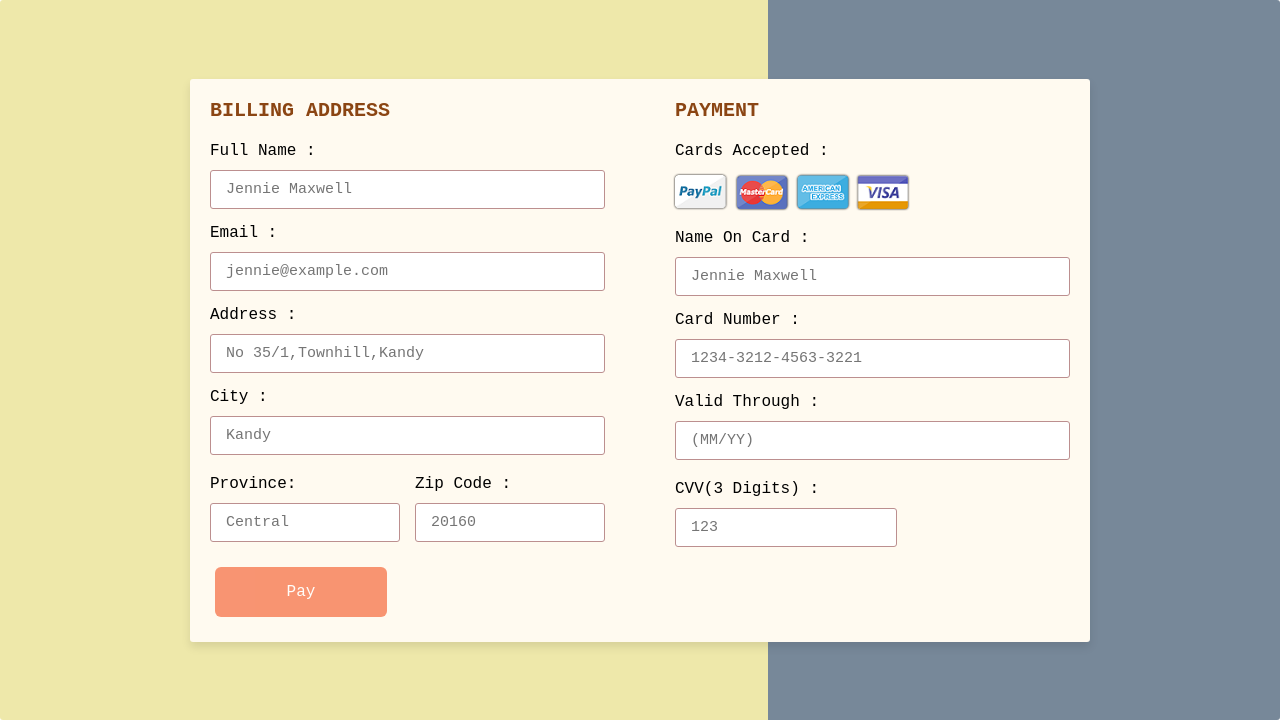
Repository: it22272690/Event-Planning-System
Page: http://localhost/PaymentDemo/Payment.jsp
These files come from the project's save history. The page is drawn as it stood at one moment and after the next save; the edit follows.
The browser window is 1280 px wide. The pictures show the whole page.
The page is served by Tomcat 10.

Above is the page before, as saved 2023-10-22 09:53:10.

After the next save:
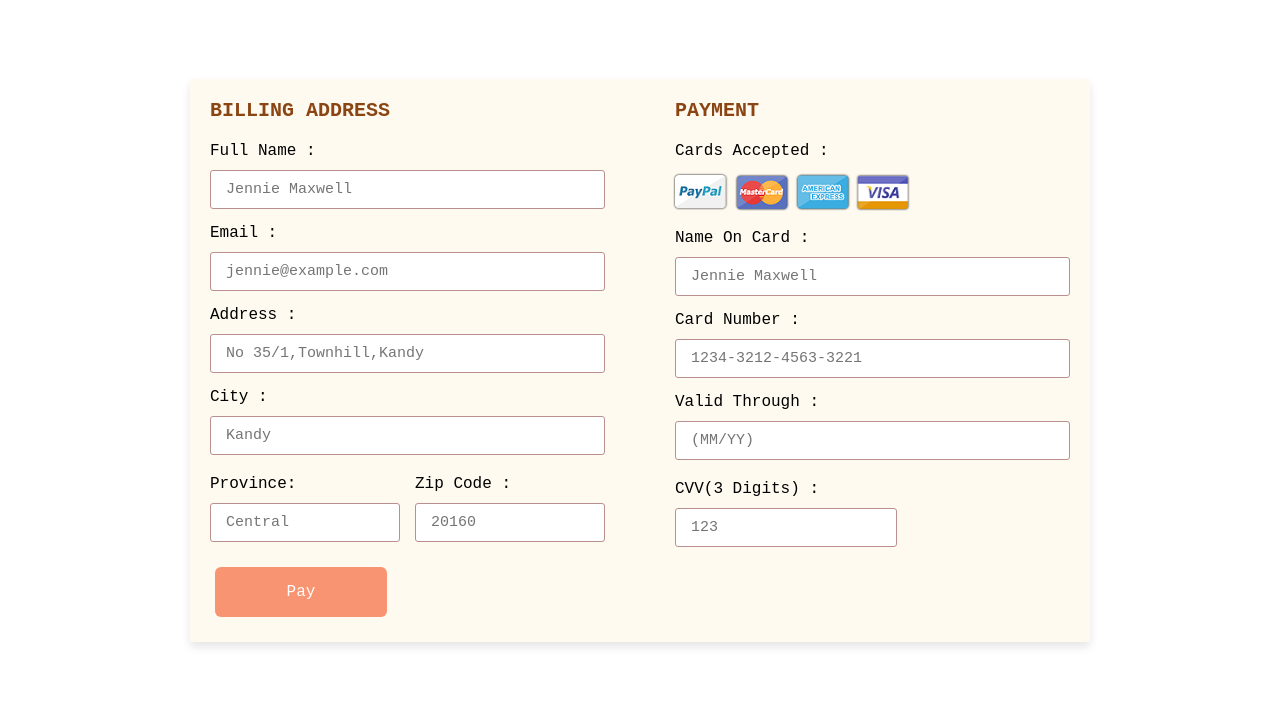
Saved 72 s later.
--- a/PaymentDemo/src/main/webapp/css/payment.css
+++ b/PaymentDemo/src/main/webapp/css/payment.css
@@ -18,7 +18,7 @@
   align-items: center;
   padding:25px;
   min-height: 100vh;
-  background: linear-gradient(90deg, #EEE8AA 60%,#778899 40.1%);
+
 
 }
 

After the save that followed:
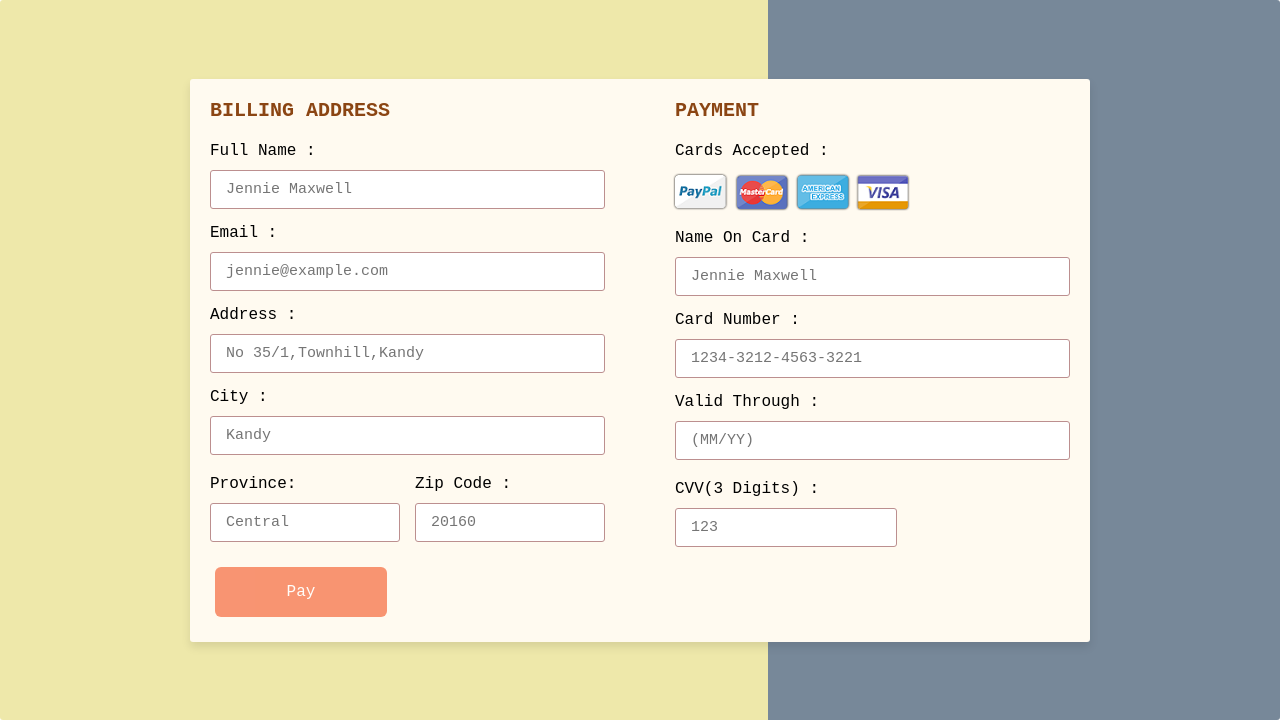
Saved 15 s later.
--- a/PaymentDemo/src/main/webapp/css/payment.css
+++ b/PaymentDemo/src/main/webapp/css/payment.css
@@ -18,7 +18,7 @@
   align-items: center;
   padding:25px;
   min-height: 100vh;
-
+  background: linear-gradient(90deg, #EEE8AA 60%,#778899 40.1%);
 
 }
 
